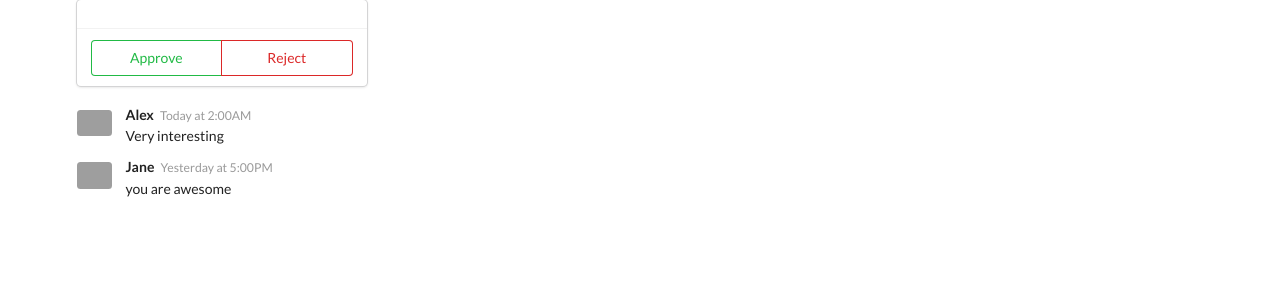
Repository: EgorSherstnev/Components
Page: /
An editor plug-in stored every save of this project. The page is shown before and after the next save, followed by the edit.
The browser window is 1280 px wide. The pictures show the whole page.
Pictures or frames that could not be fetched are drawn as grey boxes. The project was rebuilt for these pictures with package versions that can differ from the ones it lists, and the page was loaded fresh each time.

Above is the page before, as saved 2022-09-19 22:25:03.

After the next save:
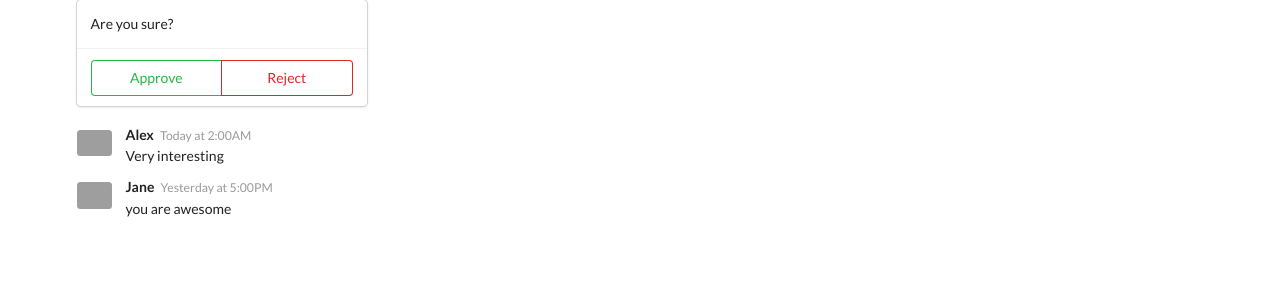
Saved 6 min 21 s later.
--- a/src/ApprovalCard.js
+++ b/src/ApprovalCard.js
@@ -1,11 +1,11 @@
 import React from "react";
 
-const ApprovalCard = (props) => {
+const ApprovalCard = props => {
     console.log(props);
     return (
         <div className="ui card">
             <div className="content">
-                {props.content}
+                Are you sure?
             </div>
             <div className="extra content">
                 <div className="ui two buttons">

After the 4 saves that followed:
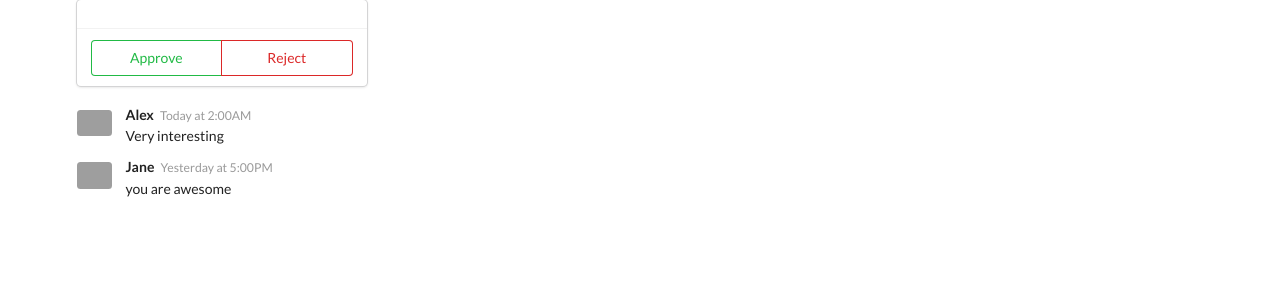
The 4 saves are shown as one change because 1 did not build or start and 2 left the picture as it was.
The last was saved 6 min 16 s later.
--- a/src/ApprovalCard.js
+++ b/src/ApprovalCard.js
@@ -1,11 +1,11 @@
 import React from "react";
 
 const ApprovalCard = props => {
-    console.log(props);
+    console.log(props.children);
     return (
         <div className="ui card">
             <div className="content">
-                Are you sure?
+                {props.children.content}
             </div>
             <div className="extra content">
                 <div className="ui two buttons">
